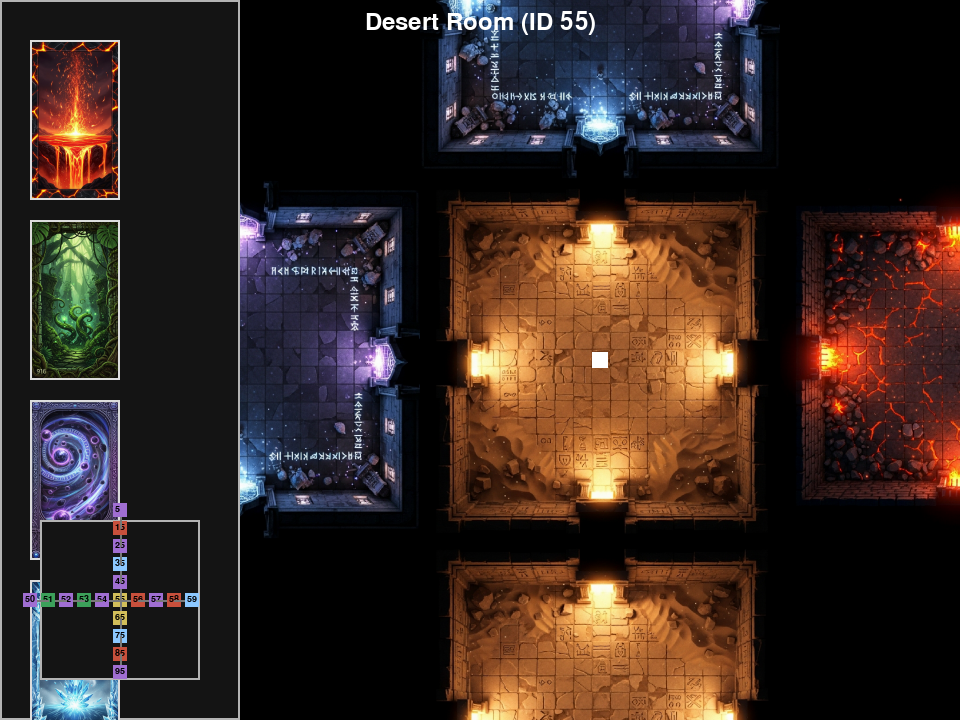
Repository: MehediMim/GateBound
Script's output: python main.py
The author's editor kept a copy of each file at every save. The script's output is drawn from the files as they stood at one save, then again after the next save.
The window is shown after at most 60 frames with no key pressed. Random numbers start from a fixed seed. It also reads assets/bg_arcane.png, assets/bg_desert.png, assets/bg_ice.png, assets/bg_jungle.png, assets/bg_volcanic.png, assets/card_arcane.jpeg, assets/card_desert.jpeg, assets/card_ice.jpeg, assets/card_jungle.jpeg, assets/card_volcanic.jpeg.

Above is the script's output before, as saved 2026-01-26 19:25:22.

### main.py
import pygame
import sys
import random

# =========================
# CONFIG
# =========================
ROOM_ORIGINAL = 720
ROOM_SCALE = 0.5
ROOM_DRAW = int(ROOM_ORIGINAL * ROOM_SCALE)  # 512
FPS = 60
PLAYER_SPEED = 5
DEBUG = True
CARD_WIDTH  = 90
CARD_HEIGHT = 160   # 180 × 16 / 9 ≈ 320


GRID_W = 10
GRID_H = 10

# =========================
# UI / LAYOUT (IMPORTANT)
# =========================
SIDEBAR_W = 240                     # LEFT UI ONLY
PREVIEW_MARGIN = ROOM_DRAW // 2     # space for half rooms

SCREEN_WIDTH  = SIDEBAR_W + ROOM_DRAW + PREVIEW_MARGIN * 2
SCREEN_HEIGHT = ROOM_DRAW + PREVIEW_MARGIN * 2

# =========================
# CARD CONFIG
# =========================
CARD_TYPES = ["Jungle", "Desert", "Ice", "Volcanic", "Arcane"]
CARD_MIN_POWER = 1
CARD_MAX_POWER = 9
MAX_CARDS = 5

# =========================
# INIT
# =========================
pygame.init()
screen = pygame.display.set_mode((SCREEN_WIDTH, SCREEN_HEIGHT))
pygame.display.set_caption("Tower Puzzle — Rooms (10x10)")
clock = pygame.time.Clock()

font = pygame.font.SysFont(None, 36)
map_font = pygame.font.SysFont(None, 14)

# =========================
# ROOM TYPES + BG
# =========================
ROOM_TYPES = ["Jungle", "Desert", "Ice", "Volcanic", "Arcane"]

BG_RAW = {
    "Jungle": pygame.image.load("assets/bg_jungle.png").convert(),
    "Desert": pygame.image.load("assets/bg_desert.png").convert(),
    "Ice": pygame.image.load("assets/bg_ice.png").convert(),
    "Volcanic": pygame.image.load("assets/bg_volcanic.png").convert(),
    "Arcane": pygame.image.load("assets/bg_arcane.png").convert(),
}
card_images = {
    "jungle": pygame.image.load("assets/card_jungle.jpeg").convert_alpha(),
    "desert": pygame.image.load("assets/card_desert.jpeg").convert_alpha(),
    "ice": pygame.image.load("assets/card_ice.jpeg").convert_alpha(),
    "volcanic": pygame.image.load("assets/card_volcanic.jpeg").convert_alpha(),
    "arcane": pygame.image.load("assets/card_arcane.jpeg").convert_alpha(),
}
CARD_IMAGE_KEY = {
    "Jungle": "jungle",
    "Desert": "desert",
    "Ice": "ice",
    "Volcanic": "volcanic",
    "Arcane": "arcane",
}

ROOM_COLORS = {
    "Jungle":   (60, 160, 90),
    "Desert":   (210, 190, 90),
    "Ice":      (140, 200, 255),
    "Volcanic": (200, 80, 60),
    "Arcane":   (160, 110, 210),
}


BG = {
    k: pygame.transform.smoothscale(v, (ROOM_DRAW, ROOM_DRAW))
    for k, v in BG_RAW.items()
}

for key in card_images:
    card_images[key] = pygame.transform.smoothscale(
        card_images[key],
        (CARD_WIDTH, CARD_HEIGHT)
    )

# =========================
# GAME BOX (UNCHANGED LOGIC)
# =========================
GAME_BOX_RECT = pygame.Rect(
    SIDEBAR_W + PREVIEW_MARGIN,
    PREVIEW_MARGIN,
    ROOM_DRAW,
    ROOM_DRAW
)

ROOM_RECT = GAME_BOX_RECT.copy()

# =========================
# DOORS
# =========================
DOORS = {
    "top":    pygame.Rect(ROOM_RECT.centerx - 56, ROOM_RECT.top - 112, 112, 112),
    "bottom": pygame.Rect(ROOM_RECT.centerx - 56, ROOM_RECT.bottom,     112, 112),
    "left":   pygame.Rect(ROOM_RECT.left - 112,   ROOM_RECT.centery - 56, 112, 112),
    "right":  pygame.Rect(ROOM_RECT.right,        ROOM_RECT.centery - 56, 112, 112),
}

WALK_RECT = ROOM_RECT.copy()
for r in DOORS.values():
    WALK_RECT.union_ip(r)

SPAWN = ROOM_RECT.center

# =========================
# WORLD (10x10 FIXED)
# =========================
rooms = {}

def room_id(x, y):
    return y * GRID_W + x

def create_world():
    for y in range(GRID_H):
        for x in range(GRID_W):
            rid = room_id(x, y)
            links = {}
            if y > 0: links["top"] = room_id(x, y - 1)
            if y < GRID_H - 1: links["bottom"] = room_id(x, y + 1)
            if x > 0: links["left"] = room_id(x - 1, y)
            if x < GRID_W - 1: links["right"] = room_id(x + 1, y)

            rooms[rid] = {
                "id": rid,
                "pos": (x, y),
                "type": random.choice(ROOM_TYPES),
                "links": links
            }

create_world()
current = room_id(GRID_W // 2, GRID_H // 2)

# =========================
# PLAYER
# =========================
player = pygame.Rect(0, 0, 16, 16)
player.center = SPAWN

# =========================
# CARDS
# =========================
cards = []

def create_random_card():
    return {
        "type": random.choice(CARD_TYPES),
        "power": random.randint(CARD_MIN_POWER, CARD_MAX_POWER)
    }

cards = [create_random_card() for _ in range(MAX_CARDS)]

# =========================
# MOVEMENT
# =========================
def move(dx, dy):
    player.x += dx
    player.y += dy
    player.clamp_ip(WALK_RECT)

def change_room(direction):
    global current
    if direction in rooms[current]["links"]:
        current = rooms[current]["links"][direction]
        player.center = SPAWN

def handle_doors():
    for d, r in DOORS.items():
        if player.colliderect(r):
            change_room(d)
            break

# =========================
# DRAW UI
# =========================
def draw_cards():
    x = 30
    y = 40
    gap = 20

    for i, c in enumerate(cards):
        key = CARD_IMAGE_KEY[c["type"]]
        cx = x
        cy = y + i * (CARD_HEIGHT + gap)

        screen.blit(card_images[key], (cx, cy))

        pygame.draw.rect(
            screen,
            (220, 220, 220),
            (cx, cy, CARD_WIDTH, CARD_HEIGHT),
            2,
            border_radius=1
        )

def draw_minimap():
    panel_size = 160
    panel_x = 40
    panel_y = SCREEN_HEIGHT - panel_size - 40

    node = 14
    gap = 4
    step = node + gap

    center_x = panel_x + panel_size // 2 - node // 2
    center_y = panel_y + panel_size // 2 - node // 2

    pygame.draw.rect(screen, (20, 20, 20), (panel_x, panel_y, panel_size, panel_size))
    pygame.draw.rect(screen, (180, 180, 180), (panel_x, panel_y, panel_size, panel_size), 2)

    # center room
    center_color = ROOM_COLORS[rooms[current]["type"]]
    pygame.draw.rect(screen, center_color, (center_x, center_y, node, node))

    screen.blit(
        map_font.render(str(current), True, (0, 0, 0)),
        (center_x + 2, center_y + 1)
    )

    directions = {
        "top": (0, -1),
        "bottom": (0, 1),
        "left": (-1, 0),
        "right": (1, 0),
    }

    for d, (dx, dy) in directions.items():
        rid = current
        cx, cy = center_x, center_y

        for _ in range(5):  # max 5 each side
            nxt = rooms[rid]["links"].get(d)
            if nxt is None:
                break

            cx += dx * step
            cy += dy * step

            pygame.draw.line(
                screen, (120, 120, 120),
                (cx + node // 2 - dx * step, cy + node // 2 - dy * step),
                (cx + node // 2, cy + node // 2),
                2
            )

            neighbor_color = ROOM_COLORS[rooms[nxt]["type"]]
            pygame.draw.rect(screen, neighbor_color, (cx, cy, node, node))

            screen.blit(
                map_font.render(str(nxt), True, (0, 0, 0)),
                (cx + 2, cy + 1)
            )

            rid = nxt

def draw_card(screen, card_type, x, y):
    screen.blit(card_images[card_type], (x, y))

def draw_card_with_border(screen, card_type, x, y):
    screen.blit(card_images[card_type], (x, y))
    pygame.draw.rect(
        screen,
        (220, 220, 220),  # light border
        (x, y, CARD_WIDTH, CARD_HEIGHT),
        2
    )

def draw_selected_card(screen, card_type, x, y):
    screen.blit(card_images[card_type], (x, y))
    glow_rect = pygame.Surface((CARD_WIDTH, CARD_HEIGHT), pygame.SRCALPHA)
    glow_rect.fill((255, 255, 255, 40))  # soft white glow
    screen.blit(glow_rect, (x, y))


# =========================
# LOOP
# =========================
while True:
    clock.tick(FPS)

    for e in pygame.event.get():
        if e.type == pygame.QUIT:
            pygame.quit()
            sys.exit()

    k = pygame.key.get_pressed()
    dx = dy = 0
    if k[pygame.K_a] or k[pygame.K_LEFT]: dx -= PLAYER_SPEED
    if k[pygame.K_d] or k[pygame.K_RIGHT]: dx += PLAYER_SPEED
    if k[pygame.K_w] or k[pygame.K_UP]: dy -= PLAYER_SPEED
    if k[pygame.K_s] or k[pygame.K_DOWN]: dy += PLAYER_SPEED

    move(dx, dy)
    handle_doors()

    screen.fill((0,0,0))

    # Sidebar
    pygame.draw.rect(screen, (20,20,20), (0,0,SIDEBAR_W,SCREEN_HEIGHT))
    pygame.draw.rect(screen, (180,180,180), (0,0,SIDEBAR_W,SCREEN_HEIGHT), 2)

    # Game box border
    pygame.draw.rect(screen, (30,30,30), GAME_BOX_RECT)
    pygame.draw.rect(screen, (180,180,180), GAME_BOX_RECT, 2)

    room = rooms[current]
    cx, cy = ROOM_RECT.topleft
    w = h = ROOM_DRAW
    half = w // 2

    # Center
    screen.blit(BG[room["type"]], (cx, cy))

    # Neighbors (VISIBLE, NOT CLIPPED)
    if "top" in room["links"]:
        t = rooms[room["links"]["top"]]
        screen.blit(BG[t["type"]].subsurface((0, half, w, half)), (cx, cy-half))
    if "bottom" in room["links"]:
        b = rooms[room["links"]["bottom"]]
        screen.blit(BG[b["type"]].subsurface((0, 0, w, half)), (cx, cy+w))
    if "left" in room["links"]:
        l = rooms[room["links"]["left"]]
        screen.blit(BG[l["type"]].subsurface((half, 0, half, h)), (cx-half, cy))
    if "right" in room["links"]:
        r = rooms[room["links"]["right"]]
        screen.blit(BG[r["type"]].subsurface((0, 0, half, h)), (cx+w, cy))

    pygame.draw.rect(screen, (255,255,255), player)

    draw_cards()
    # draw_cards()
    draw_minimap()


    label = font.render(f"{room['type']} Room (ID {current})", True, (255,255,255))
    screen.blit(label, (SCREEN_WIDTH//2 - label.get_width()//2, 10))

    pygame.display.flip()

After the next save:
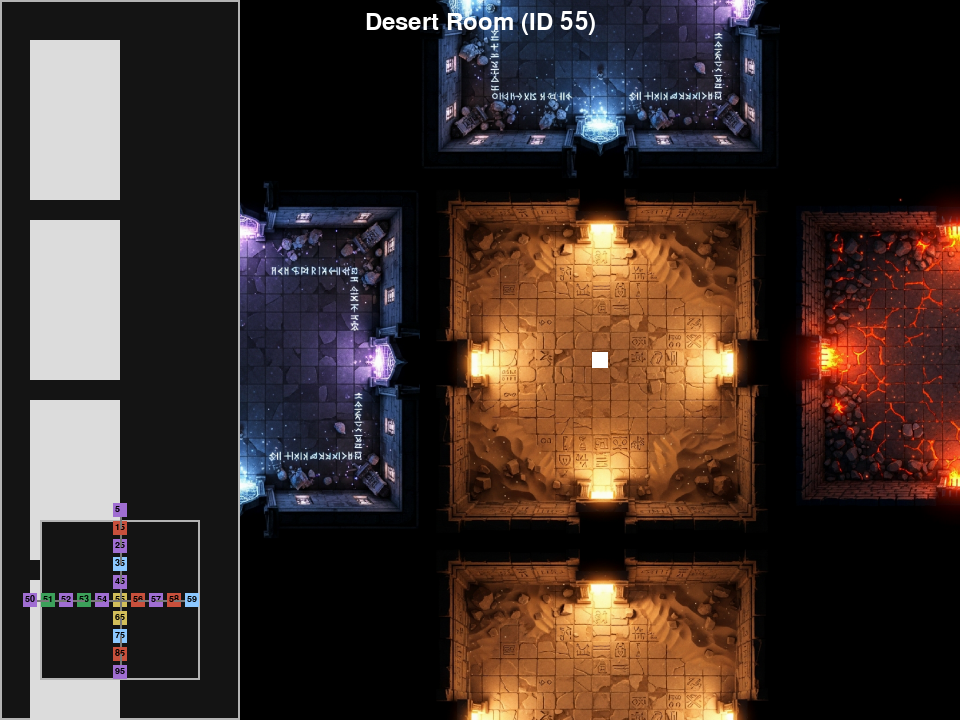
Saved 8 s later.
--- a/main.py
+++ b/main.py
@@ -207,7 +207,7 @@
             screen,
             (220, 220, 220),
             (cx, cy, CARD_WIDTH, CARD_HEIGHT),
-            2,
+            0,
             border_radius=1
         )
 

After the save that followed:
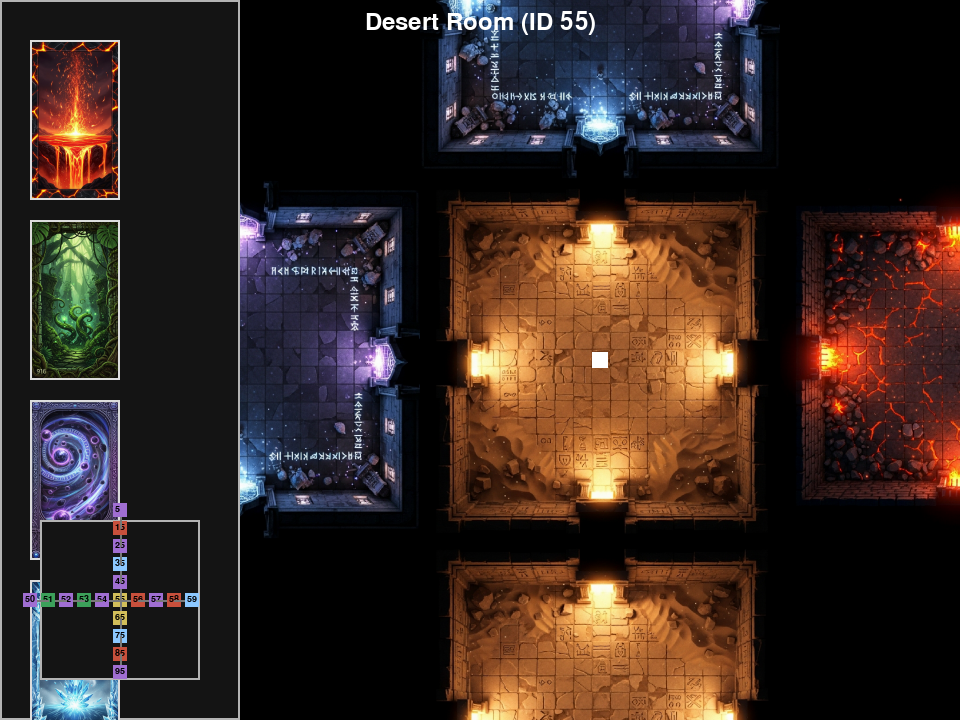
Saved 15 s later.
--- a/main.py
+++ b/main.py
@@ -207,7 +207,7 @@
             screen,
             (220, 220, 220),
             (cx, cy, CARD_WIDTH, CARD_HEIGHT),
-            0,
+            2,
             border_radius=1
         )
 
